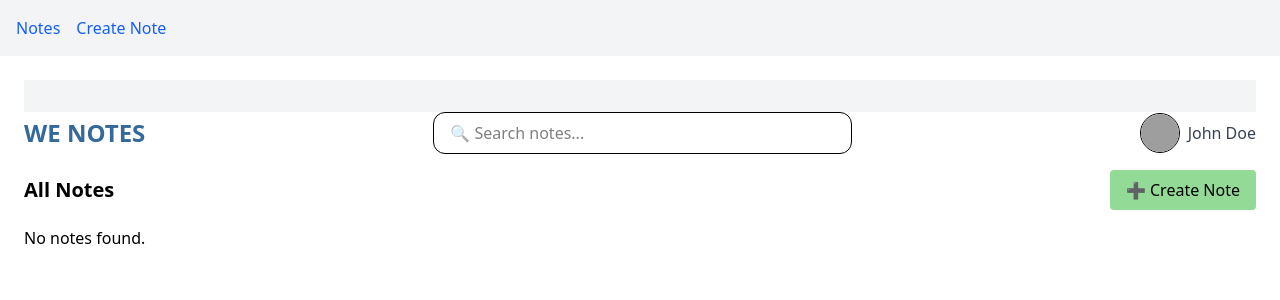
Repository: pin-seavmuy/NoteApplication
Page: / (app in note-vue/)
The author's editor kept a copy of each file at every save. The page is drawn from the files as they stood at one save, then again after a run of saves.
The browser window is 1280 px wide. The pictures show the whole page.
Pictures or frames that could not be fetched are drawn as grey boxes. The page's requests for data from a server got no answer. The project was rebuilt for these pictures with package versions that can differ from the ones it lists, and the page was loaded fresh each time. No one was signed in, and anything a server would have sent is missing. Also part of the build but not shown: note-vue/vite.config.ts, note-vue/src/components/NoteWrapper.vue, note-vue/src/views/CreateNote.vue, note-vue/src/views/NoteDetail.vue, note-vue/src/views/UpdateNote.vue.

Above is the page before, as saved 2025-09-16 11:21:12.

After the next 3 saves:
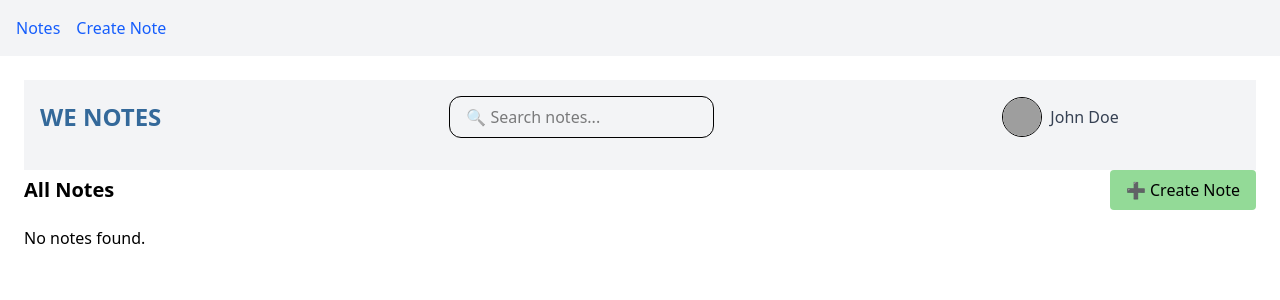
The 3 saves are shown as one change because they came seconds apart.
The last was saved 10 s later.
--- a/note-vue/src/views/NotesList.vue
+++ b/note-vue/src/views/NotesList.vue
@@ -1,9 +1,7 @@
 <template>
   <div class="p-6">
     <nav class="p-4 bg-gray-100 flex space-x-4">
-
-    </nav>
-    <div class="flex items-center justify-between mb-4 space-x-72">
+      <div class="flex items-center justify-between mb-4 space-x-72">
       <h1 class="text-2xl font-bold " style="color: #34699A;">WE NOTES</h1>
 
       <input
@@ -22,6 +20,8 @@
         <span class="text-gray-700 font-medium">John Doe</span>
       </div>
     </div>
+    </nav>
+
 
     <div class="flex items-center justify-between mb-4">
 
